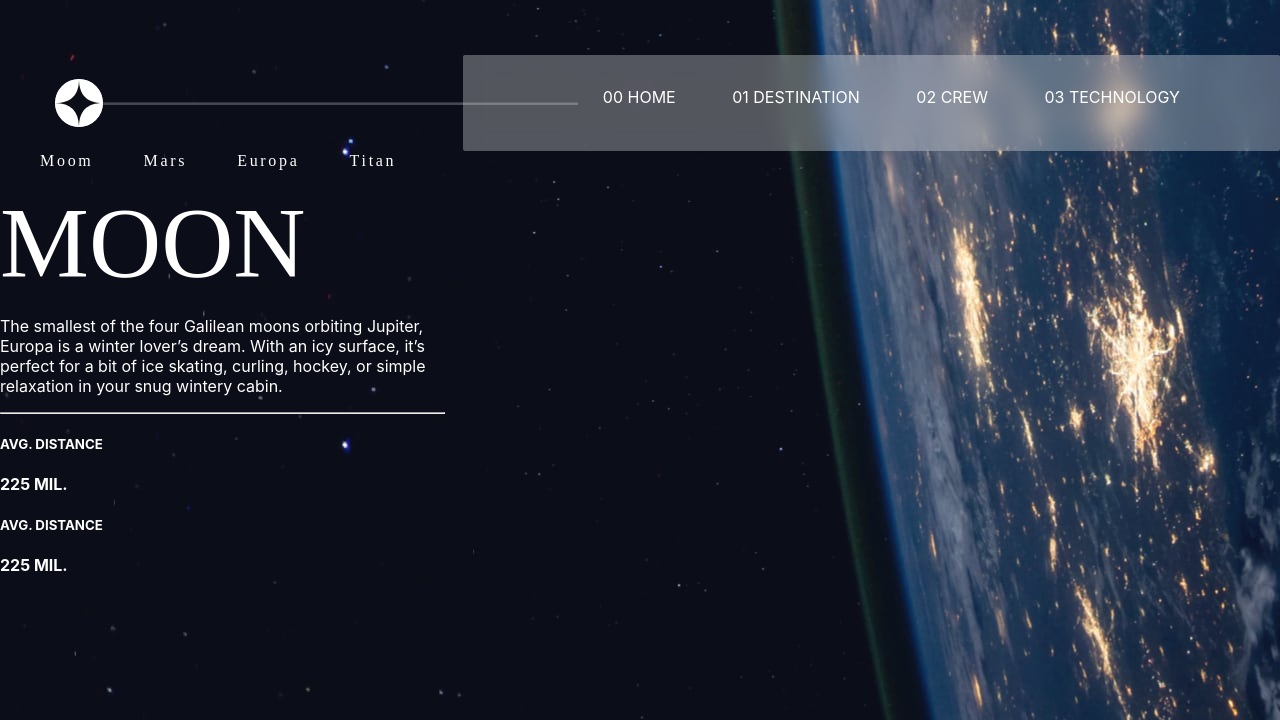
Repository: jhonenmanuel1/FrontEndMentor-MultiPageSpace
Page: /
These files come from the project's save history. The page is drawn as it stood at one moment and after the next save; the edit follows.
The browser window is 1280 px wide. The pictures show the whole page.
The project was rebuilt for these pictures with package versions that can differ from the ones it lists, and the page was loaded fresh each time. Also part of the build but not shown: src/views/home.js.

Above is the page before, as saved 2022-06-23 23:14:59.

After the next save:
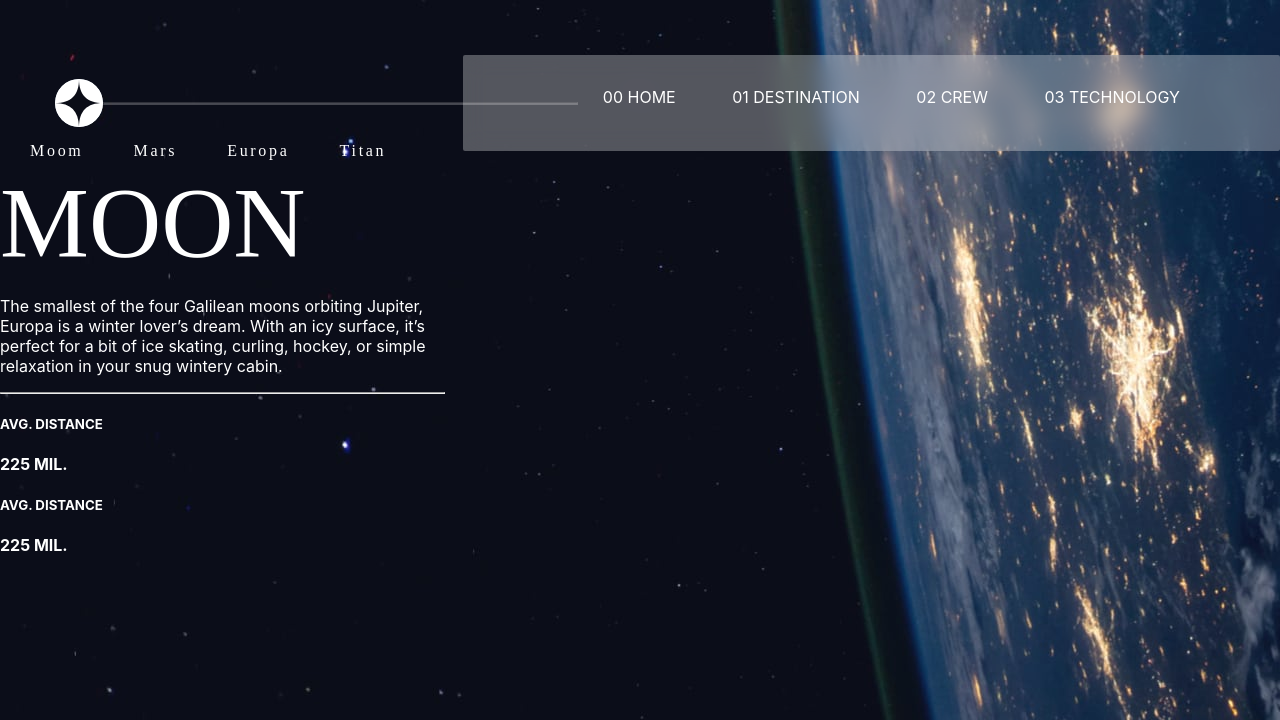
Saved 31 s later.
--- a/src/styles/planetcardinfo.module.css
+++ b/src/styles/planetcardinfo.module.css
@@ -12,7 +12,7 @@
   justify-content: space-between;
   height: 34px;
   max-width: 285px;
-  margin: 0;
+  margin: -10px;
 }
 .planetCardHeader ul li {
   text-decoration: none;

After the save that followed:
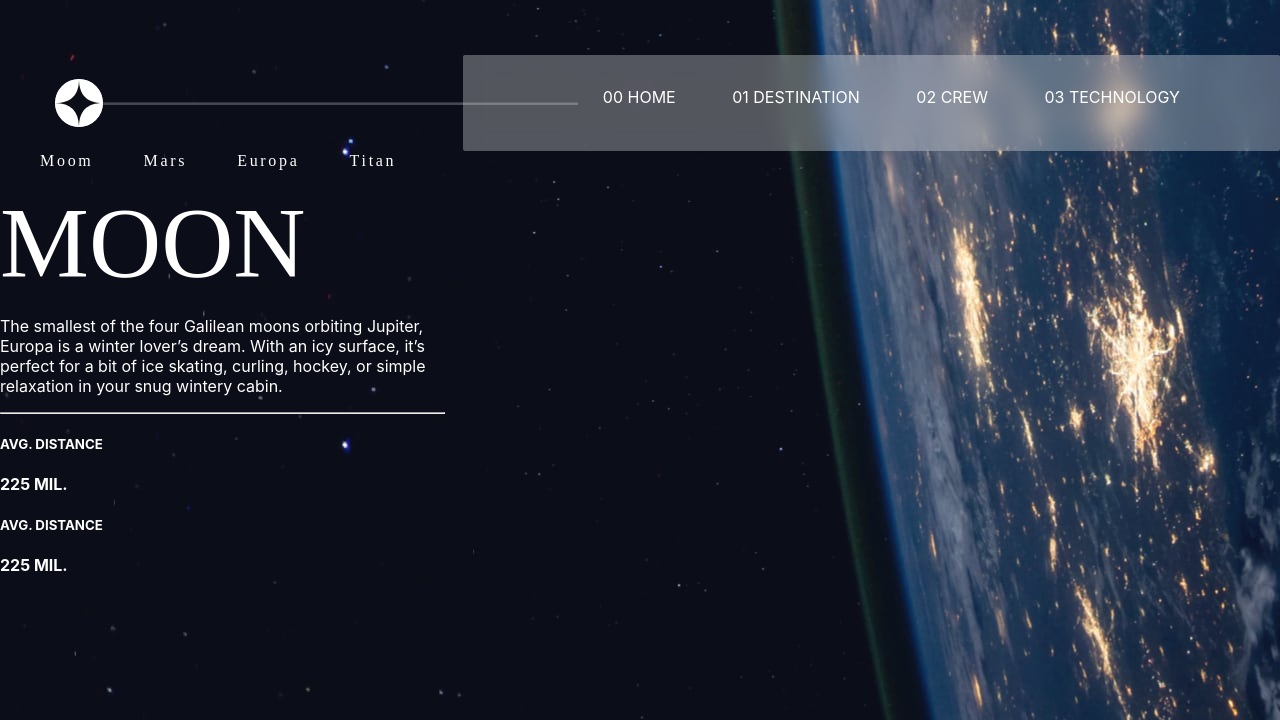
Saved 11 s later.
--- a/src/styles/planetcardinfo.module.css
+++ b/src/styles/planetcardinfo.module.css
@@ -12,7 +12,7 @@
   justify-content: space-between;
   height: 34px;
   max-width: 285px;
-  margin: -10px;
+  margin: 0px;
 }
 .planetCardHeader ul li {
   text-decoration: none;
